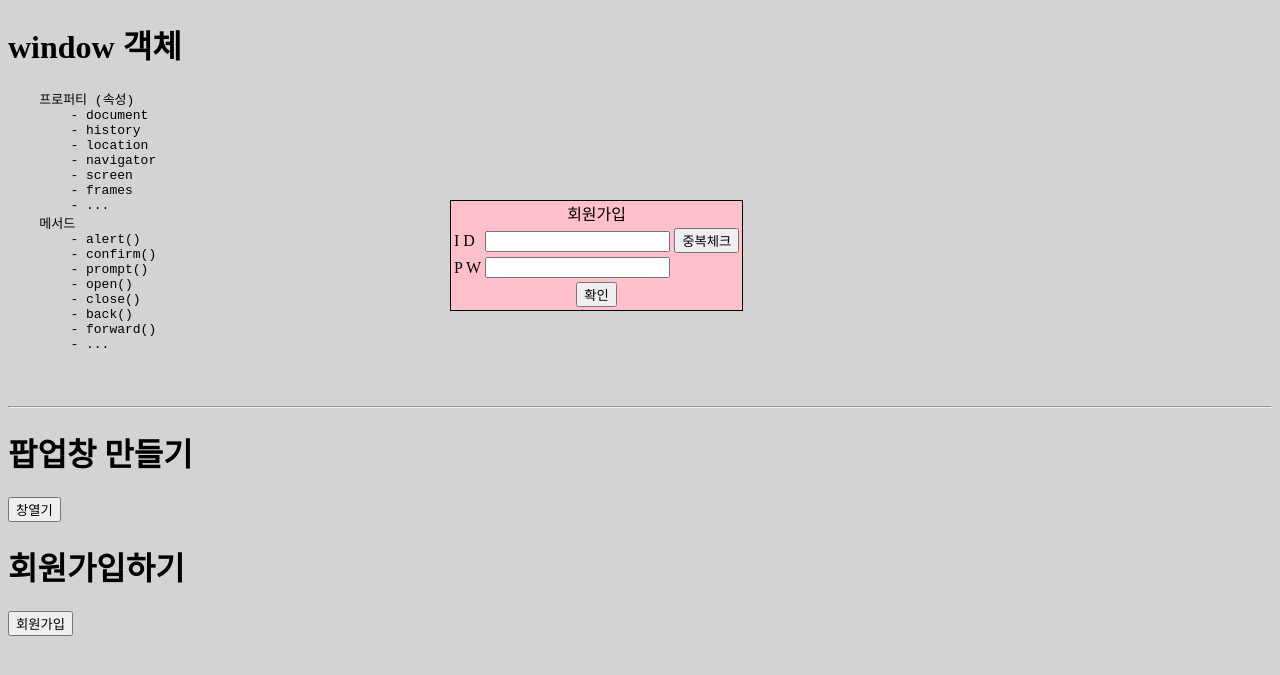
Repository: junewjdtn/TIL
Page: HTML+CSS/html_vscode_UI/4_JS_ec/JS/WebContent/js20_window01.html
These files come from the project's save history. The page is drawn as it stood at one moment and after the next save; the edit follows.
The browser window is 1280 px wide. The pictures show the whole page.
After loading, the first visible `button[onclick="registForm();"]` was clicked once.

Above is the page before, as saved 2022-05-18 04:30:02.

### HTML+CSS/html_vscode_UI/4_JS_ec/JS/WebContent/js20_window01.html
<!DOCTYPE html>
<html lang="ko">
<head>
    <meta charset="UTF-8">
    <meta http-equiv="X-UA-Compatible" content="IE=edge">
    <meta name="viewport" content="width=device-width, initial-scale=1.0">
    <title>window01</title>
    <style>
    	#regist{
    		border: 1px solid black;
    		background:pink;
    		position: absolute;
    		top: 200px;
    		left: 450px;
    		display: none;

    		/* visivility: hidden; */
    		/* display와 비슷하지만 공백이 추가 된다.(display는 실행조차를 하지 않지만 visivility는 요소를 나타내기 때문에 공백이 생김) */
    	}
    </style>
    <script>
        function openWin(){
            window.open("js20_window02.html", "", "width=500px, height=500px");
        }
        function registForm(){
        	document.getElementById("regist").style.display="block";
        	document.body.style.background = "lightgray";

        	let btns = document.getElementsByName('btn');

        }
    </script>
</head>
<body>
    <h1>window 객체</h1>
    <pre>
    프로퍼티 (속성)
        - document
        - history
        - location
        - navigator
        - screen
        - frames
        - ...
    메서드
        - alert()
        - confirm()
        - prompt()
        - open()
        - close()
        - back()
        - forward()
        - ...
    </pre>
    <br><hr>
    <div>
        <h1>팝업창 만들기</h1>
        <button onclick="openWin();" name="btn">창열기</button>
        <div id="tt"></div>
        <h1>회원가입하기</h1>
        <button onclick="registForm();" name="btn">회원가입</button>
    </div>

       	<!-- 회원가입폼 시작 -->
    <div id="regist">
    	<form>
    		<table>
    			<caption>회원가입</caption>
    			<tr>
    				<td>I  D</td>
    				<td>
    					<input type="text" name="id">
    					<input type="button" value="중복체크">
    				</td>
    			</tr>
    			<tr>
    				<td>P  W</td>
    				<td>
    					<input type="password" name="pw" style="color:red;">
    				</td>
    			</tr>
    			<tr>
    				<td colspan="2" align="center">
    					<input type="button" value="확인" onclick="">
    				</td>
    			</tr>
    		</table>
    	</form>
    </div>
</body>
</html>

After the next save:
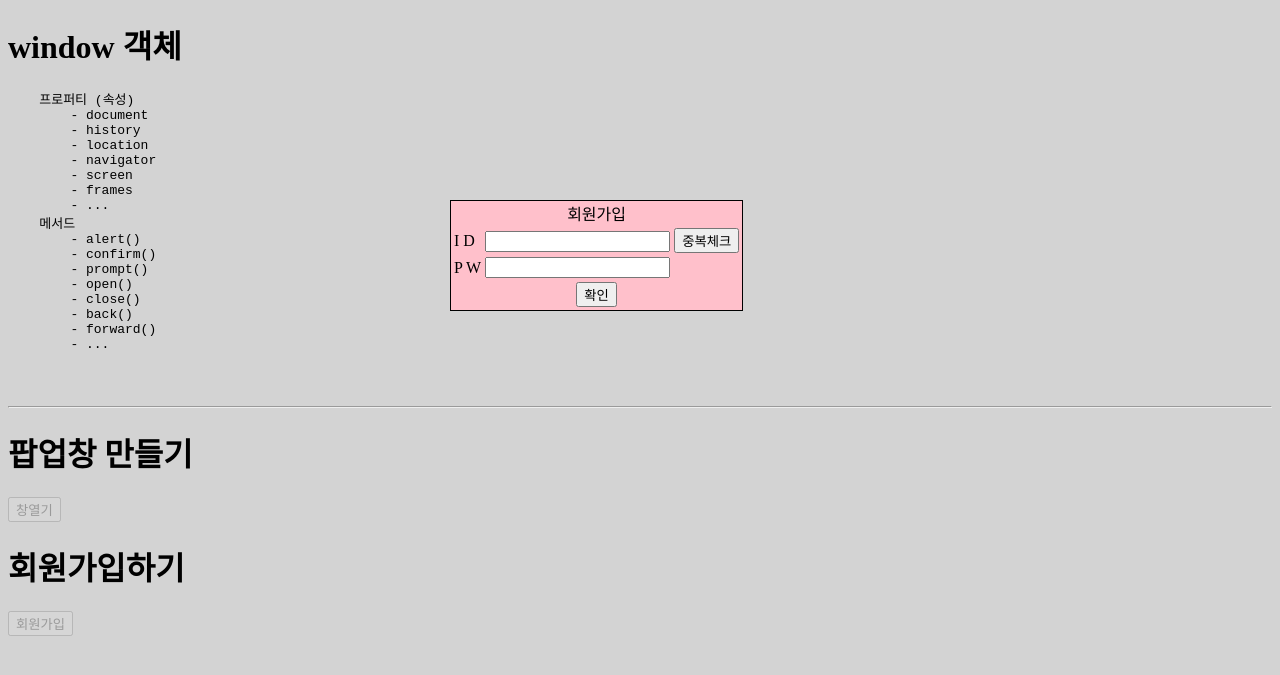
Saved 96 s later.
--- a/HTML+CSS/html_vscode_UI/4_JS_ec/JS/WebContent/js20_window01.html
+++ b/HTML+CSS/html_vscode_UI/4_JS_ec/JS/WebContent/js20_window01.html
@@ -27,7 +27,9 @@
         	document.body.style.background = "lightgray";
 
         	let btns = document.getElementsByName('btn');
-
+        	for(let i in btns){
+        		btns[i].disabled = "disabled";
+        	}
         }
     </script>
 </head>
